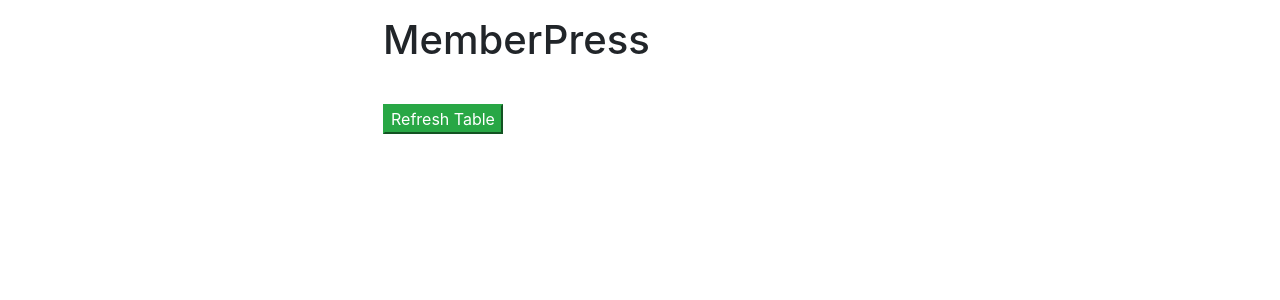
Repository: joeldelatte/JoelDelattemMemberPressChallenge
Page: public/index.html
These files come from the project's save history. The page is drawn as it stood at one moment and after the next save; the edit follows.
The browser window is 1280 px wide. The pictures show the whole page.
The page's requests for data from a server got no answer. Some web libraries are served in a nearby version.

Above is the page before, as saved 2020-06-21 22:26:32.

After the next save:
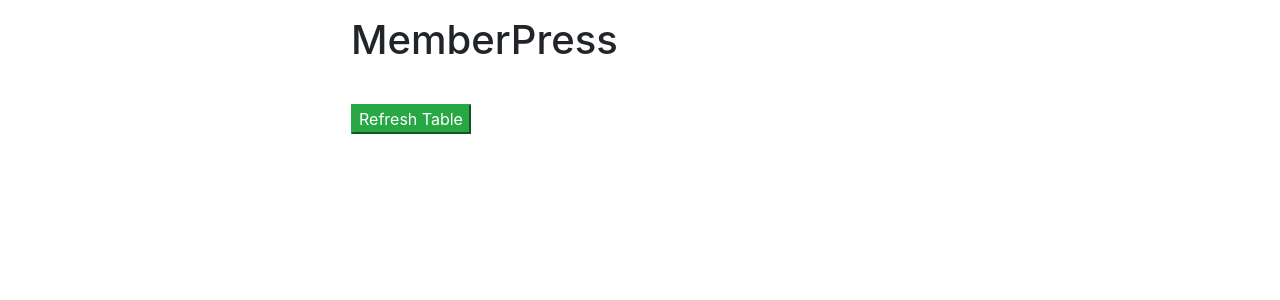
Saved 18 s later.
--- a/public/style.css
+++ b/public/style.css
@@ -1,5 +1,5 @@
 .container {
-    width: 45%
+    width: 50%
 }
 
 button {
